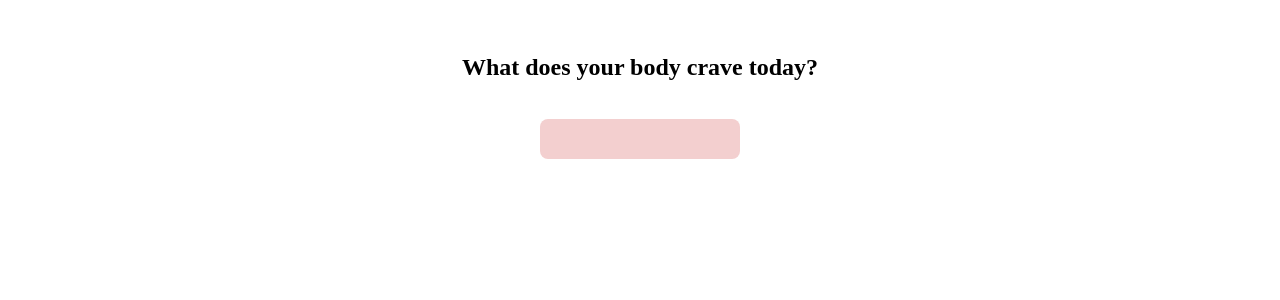
Repository: karim0829/Bella-Oter-Project
Page: index.html
These files come from the project's save history. The page is drawn as it stood at one moment and after a run of saves; the edit follows.
The browser window is 1280 px wide. The pictures show the whole page.

Above is the page before, as saved 2025-06-30 19:17:13.

After the next 2 saves:
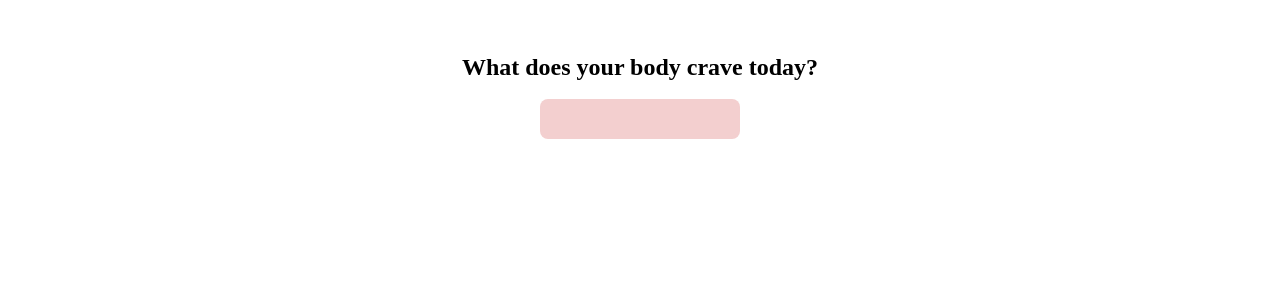
The 2 saves are shown as one change because they came seconds apart.
The last was saved 13 s later.
--- a/style.css
+++ b/style.css
@@ -18,8 +18,6 @@ form h1 {
     width: 200px;
     height: 40px;
     cursor: pointer;
-    margin: 20px auto; /* auto centers the button horizontally */
-    display: block;    /* needed for margin auto to work */
     border: none;
     border-radius: 8px;
     background-color: #f3cfcf;
